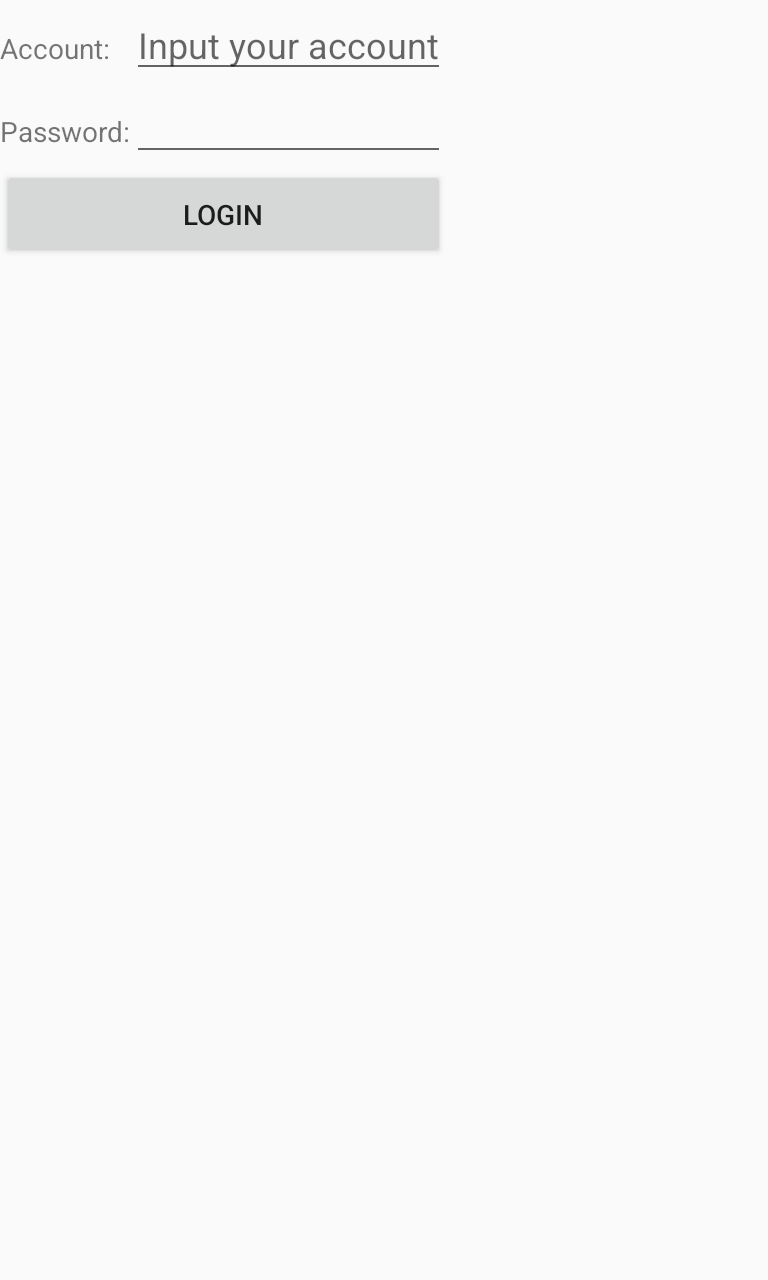
Repository: guyuzhilian/Programs
Layout: Android/UILayoutTest/res/layout/activity_main.xml
The author's editor kept a copy of each file at every save. The layout is drawn from the files as they stood at one save, then again after the next save.
It is drawn on a 768 x 1280 px phone screen (xhdpi) without system bars, with theme AppTheme; the app's code is not run.

Above is the layout before, as saved 2015-06-25 08:48:27.

After the next save:
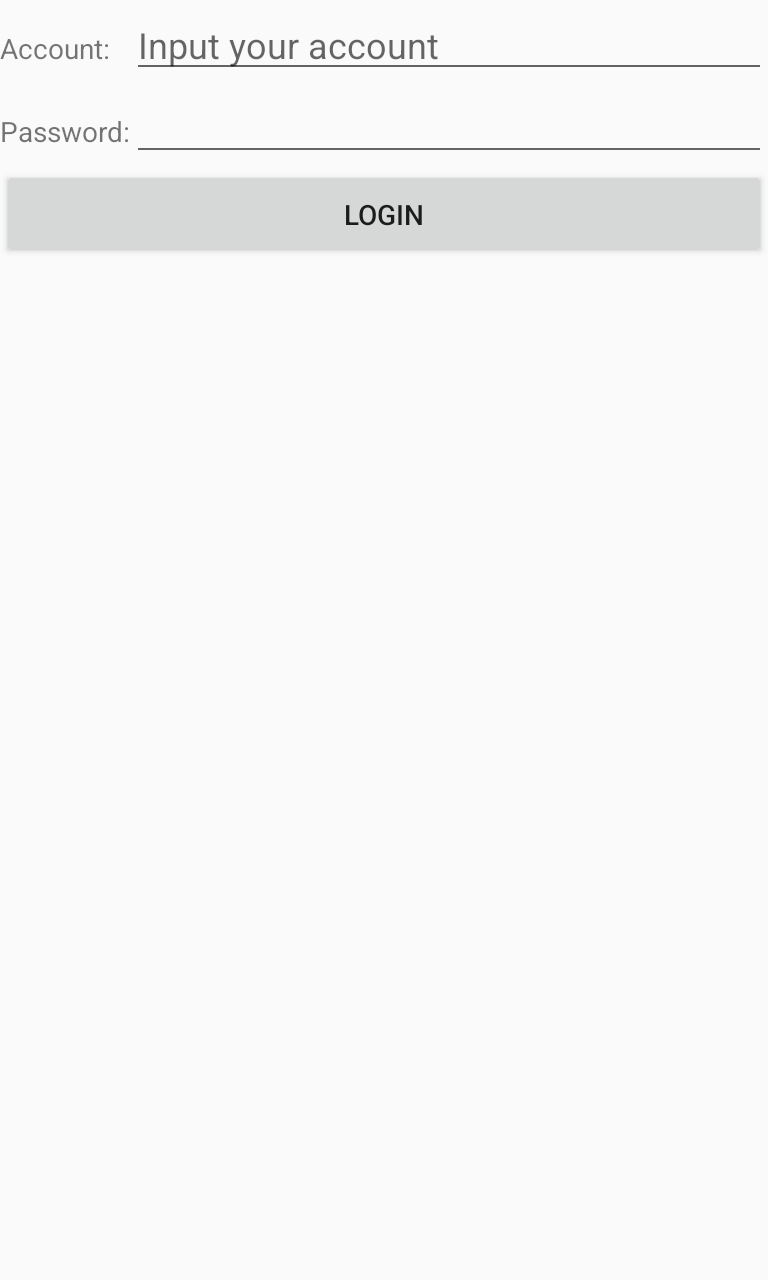
Saved 105 s later.
--- a/Android/UILayoutTest/res/layout/activity_main.xml
+++ b/Android/UILayoutTest/res/layout/activity_main.xml
@@ -1,6 +1,7 @@
 <TableLayout xmlns:android="http://schemas.android.com/apk/res/android"
 	android:layout_width="match_parent"
 	android:layout_height="match_parent"
+	android:stretchColumns="1"
 	>
 
     <TableRow>
